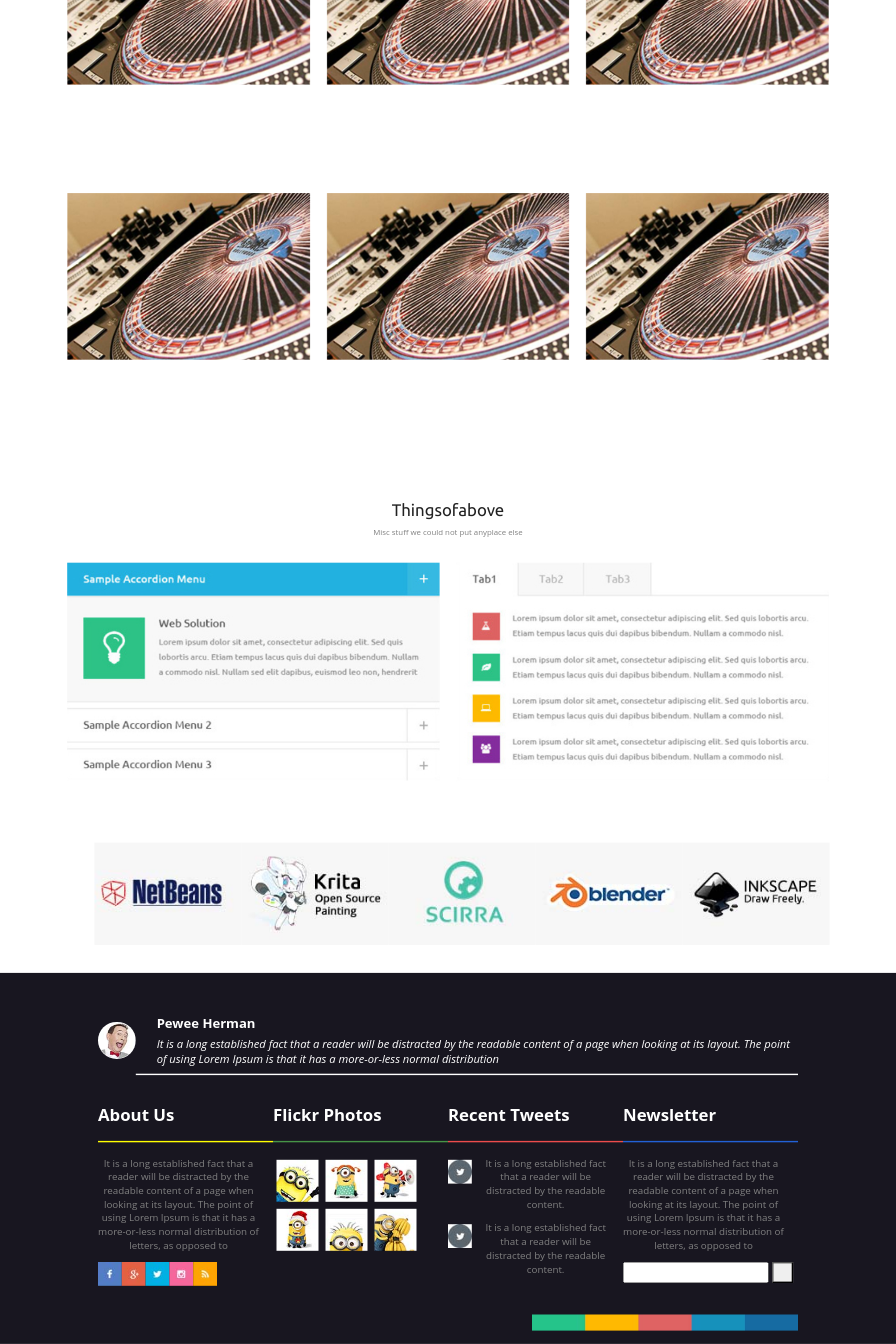
Repository: RenataDzotova/Metrolics-Renata-Beyonce
Page: index.html
These files come from the project's save history. The page is drawn as it stood at one moment and after the next save; the edit follows.
The browser window is 1280 px wide. The pictures show the part of the page from y = 2047 to 3967 px (the page is 3967 px tall before and 3890 px after), at 70% of full size.
Some web fonts or font styles are not loaded; a fallback is used.

Above is the page before, as saved 2022-02-02 17:37:58.

### index.html
<!doctype html>
<html class="no-js" lang="">

<head>
  <meta charset="utf-8">
  <title>Metrolics</title>
  <meta name="description" content="">
  <meta name="viewport" content="width=device-width, initial-scale=1">

  <meta property="og:title" content="">
  <meta property="og:type" content="">
  <meta property="og:url" content="">
  <meta property="og:image" content="">

  <link rel="manifest" href="site.webmanifest">
  <link rel="apple-touch-icon" href="icon.png">
  <!-- Place favicon.ico in the root directory -->

  <link rel="preconnect" href="https://fonts.googleapis.com">
  <link rel="preconnect" href="https://fonts.gstatic.com" crossorigin>
  <link href="https://fonts.googleapis.com/css2?family=Chewy&family=Gluten:wght@600&family=Ubuntu:wght@300;400&display=swap" rel="stylesheet">
  <link rel="stylesheet" href="css/normalize.css">
  <link rel="stylesheet" href="css/main.css">
  <link rel="stylesheet" href="css/renata.css">

  <meta name="theme-color" content="#fafafa">
</head>

<body>

    <div class = "header">
        <div class = "navBar">
            <div class = "logo"> <img src = "photos/logo.jpg" alt = "logo"> </div>
            <div class="home"><img src="https://img.icons8.com/material-rounded/38/ffffff/home-page.png"/>Home</div>
            <div class="pages"><img src="https://img.icons8.com/windows/38/ffffff/code-fork--v1.png"/>Pages</div>
            <div class="blog"><img src="https://img.icons8.com/windows/38/ffffff/megaphone.png"/>Blog</div>
            <div class="portfolio"><img src="https://img.icons8.com/windows/38/ffffff/suitcase.png"/>Portfolio</div>
            <div class="contact"><img src="https://img.icons8.com/windows/38/ffffff/secured-letter--v1.png"/>Home</div>
        </div>
        <div class = "minions">
            <div class = "minions-div"><img src = "photos/Screen Shot 2022-01-25 at 2.02.28 PM.png" alt = "minion picture"></div>

        </div>
        <div class = "arrowOne"></div>
                <div class = "three-items">
                    <div class = "first-item">Metro Style</div>
                    <div class = "second-item">Retina Ready</div>
                    <div class = "third-item">Responsive Design</div>
                </div>
        <div class = "arrowTwo"></div>
    </div>


    <div class="MainContent">
        <div class= "page__intro">
            <div class="row">
                <h1 class="heading">
                    Hey guys! This is the Metrolics theme. It sports a responsive layout with a mobile layout.
                </h1>
            </div>
        </div>

        <section class="about">
            <div class="row l-col-4">
                    <div class="column span-full">
                        <h2 class="heading">
                            Things That We Do
                        </h2>
                        <p>Ask us what we can do for you</p>
                    </div>
                    <div class="column">
                        <figure class="project">
                            <img class="imgs" src="img/Bulb.png">
                            <h3 class="heading">Web Solutions</h3>
                            <p>We are a fairly small, flexible design studio that designs for print and web. We work flexibly with clients to fulfil their design needs. Whether you need to create a brand from scratch, including marketing materials and a beautiful and functional website or whether you are looking for a design refresh we are confident you will be pleased with the results.</p>
                        </figure>
                    </div>
                    <div class="column">
                        <figure class="project">
                            <img class="imgs" src="img/Pic.png">
                            <h3 class="heading">Photography</h3>
                            <p>We are a fairly small, flexible design studio that designs for print and web. We work flexibly with clients to fulfil their design needs. Whether you need to create a brand from scratch, including marketing materials and a beautiful and functional website or whether you are looking for a design refresh we are confident you will be pleased with the results.</p>
                        </figure>
                    </div>
                    <div class="column">
                        <figure class="project">
                            <img class="imgs" src="img/Gear.png">
                            <h3 class="heading">Web Developement</h3>
                            <p>We are a fairly small, flexible design studio that designs for print and web. We work flexibly with clients to fulfil their design needs. Whether you need to create a brand from scratch, including marketing materials and a beautiful and functional website or whether you are looking for a design refresh we are confident you will be pleased with the results.</p>
                        </figure>
                    </div>
                    <div class="column">
                        <figure class="project">
                            <img class="imgs" src="img/Pencil.png">
                            <h3 class="heading">Web Design</h3>
                            <p>We are a fairly small, flexible design studio that designs for print and web. We work flexibly with clients to fulfil their design needs. Whether you need to create a brand from scratch, including marketing materials and a beautiful and functional website or whether you are looking for a design refresh we are confident you will be pleased with the results.</p>
                        </figure>
                    </div>
                </div>
        </section>

        <section class="projects--new">
            <div class="row m-col-2 l-col-3">
                <div class="column span-full">
                    <h2 class="heading">
                        What's Up Lately?
                    </h2>
                    <p>Read up on our latest work<p>
                </div>
                <div class="column special-project">
                    <figure class="project">
                        <img src="img/Image-More.png" alt="Sample Image Post">
                    </figure>
                </div>
                <div class="column">
                    <figure class="project">
                        <img src="img/Image-More.png" alt="Sample Image Post">
                    </figure>
                </div>
                <div class="column">
                    <figure class="project">
                        <img src="img/Image-More.png" alt="Sample Image Post">
                    </figure>
                </div>
            </div>
        </section>
        <hr>
        <section class="projects">
            <div class="row m-col-2 l-col-3">
                <div class="column span-full">
                    <h2 class="heading">
                        Our Latest Projects
                    </h2>
                    <p>Client happy? We are happy.</p>
                </div>
                <div class="column">
                    <figure class="project">
                        <img src="img/Image.png" alt="Sample Image Post">
                        <div class="text"> <h4>Sample Image Post</h4> <h5>Photography</h5></div>
                        <div class="textimg"><img src="img/box.png"></div>
                    </figure>
                </div>
                <div class="column">
                    <figure class="project">
                        <img src="img/Image.png" alt="Sample Image Post">
                        <div class="text"> <h4>Sample Image Post</h4> <h5>Photography</h5></div>
                        <div class="textimg"><img src="img/box.png"></div>
                    </figure>
                </div>
                <div class="column">
                    <figure class="project">
                        <img src="img/Image.png" alt="Sample Image Post">
                        <div class="text"> <h4>Sample Image Post</h4> <h5>Photography</h5></div>
                        <div class="textimg"><img src="img/box.png"></div>
                    </figure>
                </div>
                <div class="column">
                    <figure class="project">
                        <img src="img/Image.png" alt="Sample Image Post">
                        <div class="text"> <h4>Sample Image Post</h4> <h5>Photography</h5></div>
                        <div class="textimg"><img src="img/box.png"></div>
                    </figure>
                </div>
                <div class="column">
                    <figure class="project">
                        <img src="img/Image.png" alt="Sample Image Post">
                        <div class="text"> <h4>Sample Image Post</h4> <h5>Photography</h5></div>
                        <div class="textimg"><img src="img/box.png"></div>
                    </figure>
                </div>
                <div class="column">
                    <figure class="project">
                        <img src="img/Image.png" alt="Sample Image Post">
                        <div class="text"> <h4>Sample Image Post</h4> <h5>Photography</h5></div>
                        <div class="textimg"><img src="img/box.png"></div>
                    </figure>
                </div>
            </div>
        </section>

        <section class="thingsofabove .s-hide">
            <div class="row l-col-2">
                <div class="column span-full">
                    <h2 class="heading">
                        Thingsofabove
                    </h2>
                    <p>Misc stuff we could not put anyplace else</p>
                </div>
                <div class="column">
                    <figure class="project">
                        <img src="img/Acordian.png" alt="Sample Image Post">
                    </figure>
                </div>
                <div class="column">
                    <figure class="project">
                        <img src="img/Tabs.png" alt="Sample Image Post">
                    </figure>
                </div>
            </div>
        </section>
  </div>

  <div class = "footer">
    <div class = "partners-logos">
        <div><img src = "photos/Client.jpg" alt = "partners"></div>
        <div><img src = "photos/krita.jpg" alt = "partners"></div>
        <div><img src = "photos/Scirra.jpg" alt = "partners"></div>
        <div><img src = "photos/blender.jpg" alt = "partners"></div>
        <div><img src = "photos/inkscape.jpg" alt = "partners"></div>
    </div>
    <div class = "footer-black">
        <div class = "footerBlack_content">
                <div class = "PeweeHerman">
                    <div class = "photo"><img src = "photos/portrait.jpg" alt = "photo"></div>
                    <div class = "text">
                        <h3>Pewee Herman</h3>
                        <i>It is a long established fact that a reader will be distracted by the readable content of a page when looking at its layout. The point of using Lorem Ipsum is that it has a more-or-less normal distribution </i>
                    </div>
                </div>
                <div class = "info-blocks">
                    <div class = "blockOne">
                        <div class = "textAbout"><h2>About Us</h2></div>
                        <p>It is a long established fact that a reader will be distracted by the readable content of a page when looking at its layout. The point of using Lorem Ipsum is that it has a more-or-less normal distribution of letters, as opposed to</p>
                        <div class = "social-media-icons">
                            <img src = "photos/btn-facebook.jpg" alt = "icon">
                            <img src = "photos/btn-google+.jpg" alt = "icon">
                            <img src = "photos/btn-twitter.jpg" alt = "icon">
                            <img src = "photos/btn-instagram.jpg" alt = "icon">
                            <img src = "photos/btn-rss.jpg" alt = "icon">
                        </div>
                    </div>
                    <div class = "blockTwo">
                        <div class = "textPhotos"><h2>Flickr Photos</h2></div>
                            <div class = "minion-pictures">
                                <img src = "photos/minion1.jpg" alt = "minion">
                                <img src = "photos/minion2.jpg" alt = "minion">
                                <img src = "photos/minion3.jpg" alt = "minion">
                                <img src = "photos/minion4.jpg" alt = "minion">
                                <img src = "photos/minion5.jpg" alt = "minion">
                                <img src = "photos/minion6.jpg" alt = "minion">
                            </div>
                    </div>
                    <div class = "blockThree">
                        <div class = "textTweets"><h2>Recent Tweets</h2></div>
                        <div class = "tweets">
                            <img src = "photos/icon-tweet.jpg" alt = "twitter-logo">
                            <p>It is a long established fact that a reader will be distracted by the readable content.</p>
                        </div>
                        <div class = "tweets">
                            <img src = "photos/icon-tweet.jpg" alt = "twitter-logo">
                            <p>It is a long established fact that a reader will be distracted by the readable content.</p>
                        </div>
                    </div>
                    <div class = "blockFour">
                        <div class = "textForm"><h2>Newsletter</h2></div>
                        <p>It is a long established fact that a reader will be distracted by the readable content of a page when looking at its layout. The point of using Lorem Ipsum is that it has a more-or-less normal distribution of letters, as opposed to</p>
                        <div class = "form">
                            <input type="email" id="email" name="email">
                            <button type="button"></button>
                        </div>
                    </div>

                </div>
                <div class = "colorfulThing">
                    <div><img src = "photos/coloured bars.jpg" alt = "blocks"></div>
                </div>
        </div>
</div>





  <script src="js/vendor/modernizr-3.11.2.min.js"></script>
  <script src="js/plugins.js"></script>
  <script src="js/main.js"></script>

  <!-- Google Analytics: change UA-XXXXX-Y to be your site's ID. -->
  <script>
    window.ga = function () { ga.q.push(arguments) }; ga.q = []; ga.l = +new Date;
    ga('create', 'UA-XXXXX-Y', 'auto'); ga('set', 'anonymizeIp', true); ga('set', 'transport', 'beacon'); ga('send', 'pageview')
  </script>
  <script src="https://www.google-analytics.com/analytics.js" async></script>
</body>

</html>

### css/renata.css
/* /////////////    THIS IS THE HEADER    ///////////// */

.header{
    display:flex;
    justify-content: center;
    align-items: center;
    flex-direction: column;
  }




  /* ////////////   NAVBAR    */
  .navBar{
    display: flex;
    flex-direction: row;
    justify-content: center;
    align-items: center;
    width: 1000px;
  }

  /* //////  nav bar icons and img /////// */
  .navBar .logo{
    margin: 0 40px 0 0;
  }

  .home img, .pages img, .blog img, .portfolio img, .contact img{
    width: 30px;
}

  .navBar .home{
    background-color: rgb(71, 148, 71);
    width: 100px;
    height: 100px;
    color: white;
    display: flex;
    flex-direction: column;
    justify-content: center;
    align-items: center;
  }

  .navBar .pages{
    background-color: rgb(236, 226, 77);
    width: 100px;
    height: 100px;
    color: white;
    display: flex;
    flex-direction: column;
    justify-content: center;
    align-items: center
  }

  .navBar .blog{
    background-color: rgb(236, 76, 76);
    width: 100px;
    height: 100px;
    color: white;
    display: flex;
    flex-direction: column;
    justify-content: center;
    align-items: center
  }

  .navBar .portfolio{
    background-color: rgb(99, 205, 212);
    width: 100px;
    height: 100px;
    color: white;
    display: flex;
    flex-direction: column;
    justify-content: center;
    align-items: center
  }

  .navBar .contact{
    background-color: rgb(34, 97, 214);
    width: 100px;
    height: 100px;
    color: white;
    display: flex;
    flex-direction: column;
    justify-content: center;
    align-items: center
  }







  /* //////  minion picture section  /////// */
  .minions{
    background-color: rgb(187, 187, 187);
    width: 100%;
    display: flex;
    justify-content: center;
    align-items:center;
    flex-direction: column;
  }

  .minions img{
      width: 1100px;
  }



  /* /////   text and arrows on minion picture  /////// */
  .first-item, .second-item, .third-item{
    background-color: lightgray;
    opacity: 50%;
    width: 170px;
    height: 35px;
    margin: 2px;
    top: -280px;
    left: -300px;
    padding-left: 10px;

  }

  .minions .three-items p{
    opacity: 100%;
  }

  .first-item{
    border-left:rgb(34, 97, 214) 5px solid;
    position: relative;
  }
  .second-item{
    border-left:rgb(236, 76, 76) 5px solid;
    position: relative;
  }
  .third-item{
    border-left:rgb(236, 226, 77)5px solid;
    position: relative;
  }







  /* footer */
  .partners-logos{
    display: flex;
    flex-direction: row;
    align-items: center;
    justify-content: center;
  }

  .partners-logos img{
    margin: 40px 20px 40px 20px;
  }

  .footer-black{
    background-color: rgb(24, 22, 32);
    display: flex;
    flex-direction: column;
    align-items: center;
    justify-content: center;
    height: 530px;
  }

  /* .footerBlack_content{
    /* height: auto; */


  .PeweeHerman{
    display: flex;
    flex-direction: row;
    width: 1000px;
  }

  .PeweeHerman img{
    border-radius: 50%;
    margin: 30px 15px 0 0;
  }

  .PeweeHerman .text{
    color: white;
    padding-bottom: 10px;
    margin-bottom: 20px;
    padding-left: 30px;
  }

  .info-blocks h3{
    margin-bottom: 30px;
  }



  .text > h3{
    margin-bottom: 5px;
  }

  .info-blocks{
    display: flex;
    flex-direction: row;
    align-content: flex-start;
    width: 1000px;
  }

  .info-blocks p{
    font-size: 14px;
    margin-top: 0;
    padding-right: 20px;
  }

  .info-blocks div{
    width: 250px;
  }

  .info-blocks .blockOne{
    display: flex;
    flex-direction: column;
    color:  white;
    width: 25%;
  }


  .info-blocks .social-media-icons{
    display: flex;
    flex-direction: row;
    width: 160px;
  }

  .info-blocks .blockTwo{
    display: flex;
    flex-direction: column;
    color:  white;
    width: 25%;
  }

  .blockTwo .minion-pictures{
    display: flex;
    flex-direction: row;
    flex-wrap: wrap;
    width: 250px;
    height: 100px;
  }

  .blockTwo .minion-pictures>img{
    margin: 5px;
    width: 60px;
    height: 60px;
  }

  .info-blocks .blockThree{
    display: flex;
    flex-direction: column;
    color: white;
  }

  .blockThree .tweets{
    display: flex;
    flex-direction: row;
  }

  .blockThree .tweets img{
    width: 34px;
    height: 34px;
    margin: 5px 15px 0 0;
  }

  .blockThree .tweets p{
    margin-top: 0px;
  }

  .info-blocks .blockFour{
    display: flex;
    flex-direction: column;
    color: white;
  }

  .footerBlack_content{
    width: 1000px;
    height: 450px;
    margin: 0px;
  }

  .colorfulThing{
    display: flex;
    justify-content: flex-end;
    margin-top: 40px;
  }

  .blockFour input{
    width: 200px;
  }

  .blockFour button{
    width: 30px;
    height: 30px;
    border-radius: 0;
    margin-left: 5px;
  }
  .form{
    display: flex;
    justify-content: flex-start;
  }

  .text{
    border-bottom: white 2px solid;
  }

  .textPhotos{
    border-bottom: rgb(71, 148, 71) 2px solid;
    margin-bottom: 20px;
  }

  .textAbout{
    border-bottom: yellow 2px solid;
    margin-bottom: 20px;
  }

  .textTweets{
    border-bottom: rgb(236, 76, 76) 2px solid;
    margin-bottom: 20px;
  }

  .textForm{
    border-bottom: rgb(34, 97, 214) 2px solid;
    margin-bottom: 20px;
  }

Loaded but not shown: css/normalize.css (library); js/vendor/modernizr-3.11.2.min.js (library); js/plugins.js (24 lines, source omitted); css/main.css (459 lines, source omitted); js/main.js (no stored copy; drawn as an empty file)

After the next save:
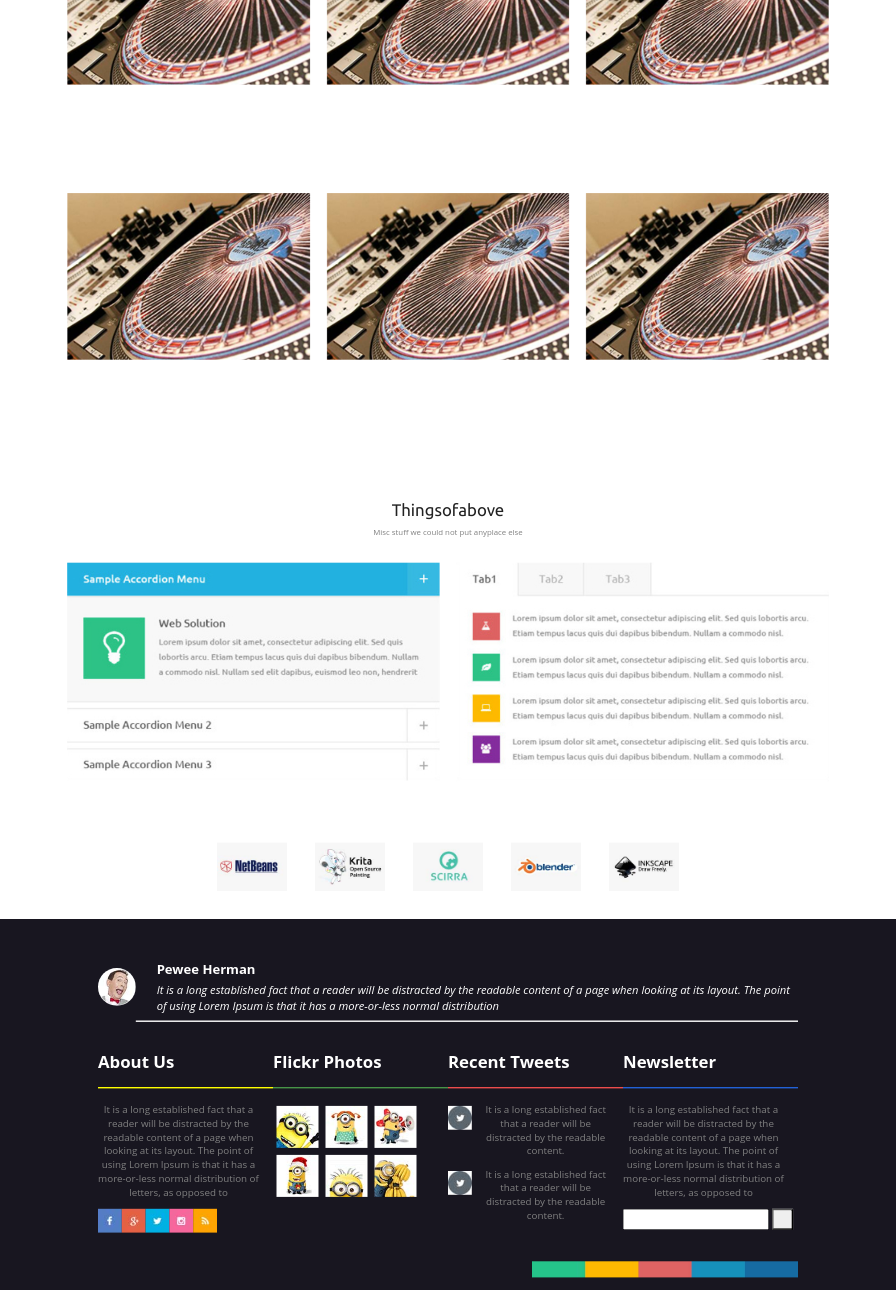
Saved 2 min 4 s later.
--- a/css/renata.css
+++ b/css/renata.css
@@ -141,7 +141,9 @@
 
 
 
-  /* footer */
+  /* ///////////     FOOTER      /////////  */
+
+
   .partners-logos{
     display: flex;
     flex-direction: row;
@@ -151,6 +153,7 @@
 
   .partners-logos img{
     margin: 40px 20px 40px 20px;
+    width: 100px;
   }
 
   .footer-black{
@@ -161,9 +164,6 @@
     justify-content: center;
     height: 530px;
   }
-
-  /* .footerBlack_content{
-    /* height: auto; */
 
 
   .PeweeHerman{
